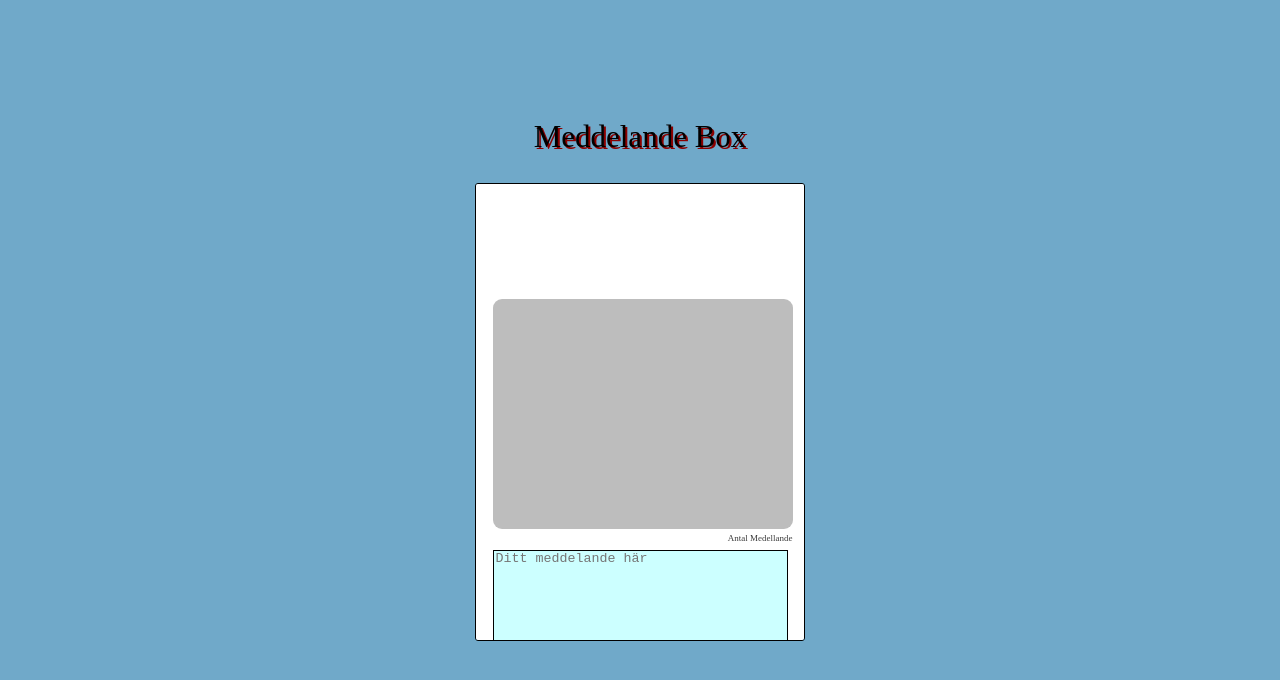
Repository: ls222vy/ls222vy-1dv403-laborationer
Page: 2-labbymezzage/index.html
The author's editor kept a record of every edit. The page is drawn from the files as they stood at one moment, then again after the next edit.
The browser window is 1280 px wide. The pictures show the whole page.

Above is the page before.
Console error: SyntaxError: Unexpected token ';'

### 2-labbymezzage/index.html

<!doctype html>

<html lang="sv">

  <head>

         <title>Labby</title>
         <meta charset="UTF-8" />
         <link href='//fonts.googleapis.com/css?family=Gloria+Hallelujah' rel='stylesheet'>
         <link rel="stylesheet" href="css/style.css">
         <script src="js/Message.js"></script>
         <script src="js/MessageMotor.js"></script>
         <script src="js/messageMotor_run.js"></script>

  </head>

<body>

    <h1>Meddelande Box</h1>
<div id="content">

    <div id="messagearea">

      <div id="myMessages"></div>

            <div id="count">Antal Medellande</div>

                  <div id="messageWindow">

            <textarea id="textInput"rows="2" cols="32" placeholder="Ditt meddelande här"></textarea>
            <button id="submitInput">Skicka</button>
        </div>



    </div>

</body>

</html>

### 2-labbymezzage/css/style.css
/*@import url(http://fonts.googleapis.com/css?family=Gloria+Hallelujah);*/

/* http://meyerweb.com/eric/tools/css/reset/
   v2.0 | 20110126
   License: none (public domain)
*/

html, body, div, span, applet, object, iframe,
h1, h2, h3, h4, h5, h6, p, blockquote, pre,
a, abbr, acronym, address, big, cite, code,
del, dfn, em, img, ins, kbd, q, s, samp,
small, strike, strong, sub, sup, tt, var,
b, u, i, center,
dl, dt, dd, ol, ul, li,
fieldset, form, label, legend,
table, caption, tbody, tfoot, thead, tr, th, td,
article, aside, canvas, details, embed,
figure, figcaption, footer, header, hgroup,
menu, nav, output, ruby, section, summary,
time, mark, audio, video {
	margin: 0;
	padding: 0;
	border: 0;
	font-size: 100%;
	font: inherit;
	vertical-align: baseline;
}
/* HTML5 display-role reset for older browsers */
article, aside, details, figcaption, figure,
footer, header, hgroup, menu, nav, section {
	display: block;
}
body {
	line-height: 1;
	background-color: #70A9C9;
}

/*#container {
    width :100%;
    max-width:600px;
    display:block;
    margin:0 auto;
}*/

#content {
    border:1px solid #000000;
    background:#ffffff;
    margin-left: auto;
    margin-right: auto;
    width: 328px;
    height:456px;
    overflow: auto;
    padding: 1 0 0  3px;
    -moz-border-radious:3px;
    -webkit-border-radius:3px;
}

h1{
   /* color:#0095b6;*/
    margin-top:90px;
    text-align:center;
    padding:1em;
    font-size:31px;
    text-shadow: 2px 2px #8b0000;
}
#messagearea {
    margin-top:115px;
    margin-left:auto;
    margin-right: auto;
    width:300px;
    overflow:auto;
    padding: 0 0 0 5px;

}

#textInput{
    background:#CCFFFF;
    border:1px solid #000000;
    width: 97%;
    height:100px;
    margin-left : auto;
    margin-right:auto;
    padding: 0 0 0 2px;
}

#count{
    text-align:right;
    color:#3c3c3c;
    font-family: cabin-regular;
    font-size:9px;
    font-weight:normal;
    margin-bottom: 7px;
    margin-top: 5px;
}
#messageWindow {
    display:block;
    width: 100%;
}

#submitInput {
    border:1px solid #000000;
    padding: 1px;
    margin-bottom: 2px;
    text-decoration:none;
    -webkit-border-radius:2px;
    -webkit-box-shadow:0 1 px 0 white;
    background:#ffffff;
    float:right;
}
#myMessages {
    height: 230px;
    overflow: auto;
    border-radius: 9px;
    background-color:#BDBDBD;
   /*-webkit-box-sizing: border-box;
    -moz-box-sizing: border-box; */
    margin-top: auto;
 /* border: 2px solid rgba(0,0,0,0);*/
}
.myMessage{
    float:left;
    color: #3c3c3c;
     font-weight:200;
    font-size: 15px;
    -webkit-border-radius: 5px;
    line-height:20px;
    background-color : #97e5ed;
    margin-top: 5px;
    margin-left:8px;
    margin-bottom:10px;
    width: 95%;
    -webkit-box-sizing: border-box;
      -moz-box-sizing: border-box;

}

p {
    display:block;
    padding:7px;
    float:left;
    margin: 1;
    word-wrap: break-word;
    -webkit-border-radius: solid 5px;
}

.messageRemove{
   display:block;
   width:20px;
   height:20px;
   float:right;
   background-image: url("pics/1.png");

}

footer{
    clear:both;
    display:block;
    float:right;
    color:#819FF7;
    font-size: 16px;
    text-align:right;
     margin: 1;
}

.messageTime {
    display:block;
    width:20px;
    height:20px;
    float:right;
}








































/* #content {
    border:1px solid #000000;
    background:#ffffff;
    margin-left: auto;
    margin-right: auto;
    width: 320px;
    height:180px;
    overflow: auto;
    -moz-border-radious:3px;
    -webkit-border-radius:3px;
}
h1{
    color:#0095b6;
    margin-top:90px;
    text-align:center;
    padding:1em;
    font-size:31px;
}
#messagearea {
    margin-top:115px;
    margin-left:auto;
    margin-right: auto;
    width:300px;
    overflow:auto;
    padding: 0 0 0 3px;

}



textarea{
    /*background:#CCFFFF;*/
 /*   border:1px solid #000000;
    width: 98%;
    height:100px;

}/*
button {
    border:1px solid #000000;
    padding: 1px;
    text-decoration:none;
    -webkit-border-radius:4px;
    -webkit-box-shadow:0 1 px 0 white;
    background:#7df9ff;
    float:right;
}

.right {
     border:1px solid #000000;
}/*































































/*/ <body>


            <div id="newText"></div>

            <div id="textInput">
                <div id="count"></div>
                <form action="post" name="form">
                    <textarea id="textarea" name="textarea"></textarea>
                    <input id="submit" class="right" class="button" type="button" value="Submit">
                </form>

            </div>*/

/* ody{
    background-color:grey;
}
#newText{
    border: 1px solid #000;
    background-color:yellow;
}
#textInput{
    border: 1px solid #000;
}
#count{
    border: 1px solid #000;
}
.pText{
    color:red;
}
.pTime{
    text-align: right;
}

### 2-labbymezzage/js/Message.js
"use strict";

//Konstruktorn
function Message(message, date) {

    this.getText = function() {
        return message;
    };

    this.setText = function(_text) {
        message = _text;
    };

    this.getDate = function() {
        return date;
    };

    this.setDate = function(_date) {
        date = _date;
    };
}
//Prototype objekt

Message.prototype.toString = function() {
    return this.getText() + " (" + this.getDate() + ")";
};

Message.prototype.getHTMLText = function() {
    return this.getText().replace(/\n/g, "<br>");

};

Message.prototype.getDateText = function() {

var monthNames = [ "Januari", "Februari", "Mars", "April", "Maj", "Juni",
    "Juli", "Augusti", "September", "Oktober", "November", "December" ];

    return "Inlägg som skapdes skapades den " + this.getDate().getDate() + " " + monthNames[this.getDate().getMonth()] + " " + this.getDate().getFullYear() + " klockan " + this.getDate()
    .getHours() + ":" + this.getDate().getMinutes() + ":" + this.getDate().getSeconds();
};































  // return this.getText().replace(/\n/g, "<br>")

### 2-labbymezzage/js/MessageMotor.js
"use strict";
/*global Message*/


var MessageMotor = {

 messages: [],


   init: function(){
       // Hämtar html document
       var button = document.getElementById("submitInput");
       var texta = document.getElementById("textInput");

       //Skapa händelse och validerar om(nummer 13 är enterkey)

       texta.addEventListener ("keypress", function(e){

           if(!e){ e = window.event;
           }

           if (e.shiftKey){

           }

           else if(e.keyCode == 13) {
               event.preventDefault();// Hindra formularet från att skicka till servern.
              newMessage();
           }
       });

       button.onclick = newMessage;

       // Skapa meddelande

       function newMessage(){
           MessageMotor.messages.push(new Message (texta.value, new Date())); //push metoden lägger till  en ny post

           MessageMotor.renderMessages();
           texta.value ="";
       }

    },

        renderMessages: function(){
      // Antal Meddelande eller countingMessages

       var count = document.getElementById("count");
       count.innerHTML ="Antal meddelande: " + MessageMotor.messages.length;

       //Raderar alla befintliga meddelanden på sidan och skriv ut samtliga meddelande i arrayen

       document.getElementById("myMessages").innerHTML = "";

       for (var i = 0; i < MessageMotor.messages.length; i+=1){

           MessageMotor.renderMessage(i);
       }
    },

       renderMessage: function (messageID) {

       //Hämtar specifikt meddelande (messageID)(Message text) och lägg i en "p" tagg

      var text = document.createElement("p"),
       //Div som ska hämta
      myMessages = document.getElementById("myMessages"),




    // Skapa en div där ett meddelande ska samlas och utskrift

     aMessage = document.createElement("div");
     aMessage.classname = "myMessage";
     text.innerHTML = MessageMotor.messages[messageID].getHTMLText();
     myMessages.appendChild(aMessage);
     aMessage.appendChild(text);


       //Sätter tiden meddelandet

      var messageTime = document.createElement("footer");
      messageTime.innerHTML= MessageMotor.messages[messageID].getText();
      aMessage.appendChild(messageTime);

     //console.log( MessageMotor.messages[messageID]);
      //messageTime.innerHTML = MessageMotor.messages[messageID].getText().toLocaleTimeString();

       //Knapp för raderar meddelande
      var messageRemove = document.createElement("a");
       messageRemove.className= "messageRemove";
       messageRemove.href= "#";

       messageRemove.onclick = function(){
        if(confirm("Är du säker på att du vill ta bort meddelande?")){
         MessageMotor.removeMessage(messageID);
         aMessage.appendChild(messageRemove);


         }

        }

       };
       //Lägger till knapp för tiden
        var messageDateTime = document.createElement("a");
        messageDateTime.className = "messageTime";
        messageDateTime.href = "#";

        messageDateTime.onclik = function (){
         console.log(MessageMotor.messages[messageID].getDateText().toLocaleTimeString());
         aMessage.appendChild(messageDateTime);
        };

       }


};

### 2-labbymezzage/js/messageMotor_run.js
window.onload = function() {
    "use strict";
    /*global Message, MessageMotor*/

    var mess = new Message ("min text", new Date());
     console.log(mess.getText());
    mess.setText();

    MessageMotor.init();

};

After the next edit:
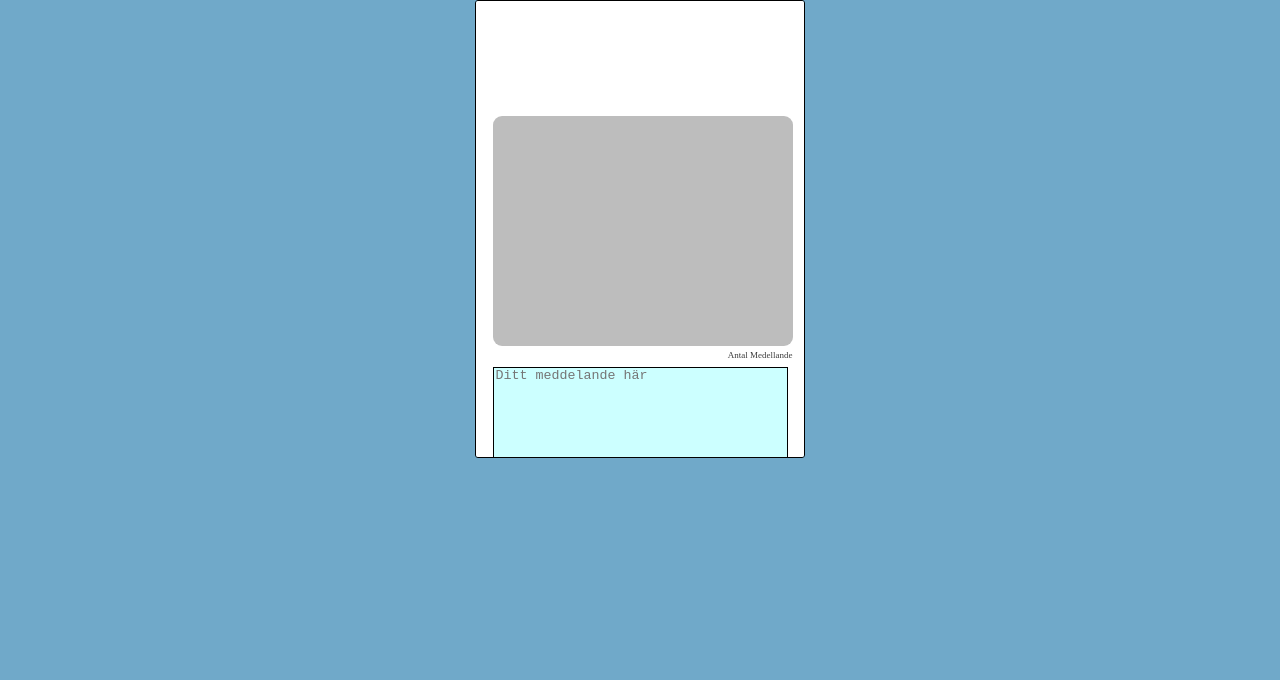
The edit:
--- a/2-labbymezzage/index.html
+++ b/2-labbymezzage/index.html
@@ -17,7 +17,7 @@
 
 <body>
 
-    <h1>Meddelande Box</h1>
+
 <div id="content">
 
     <div id="messagearea">

After the 2 edits that followed:
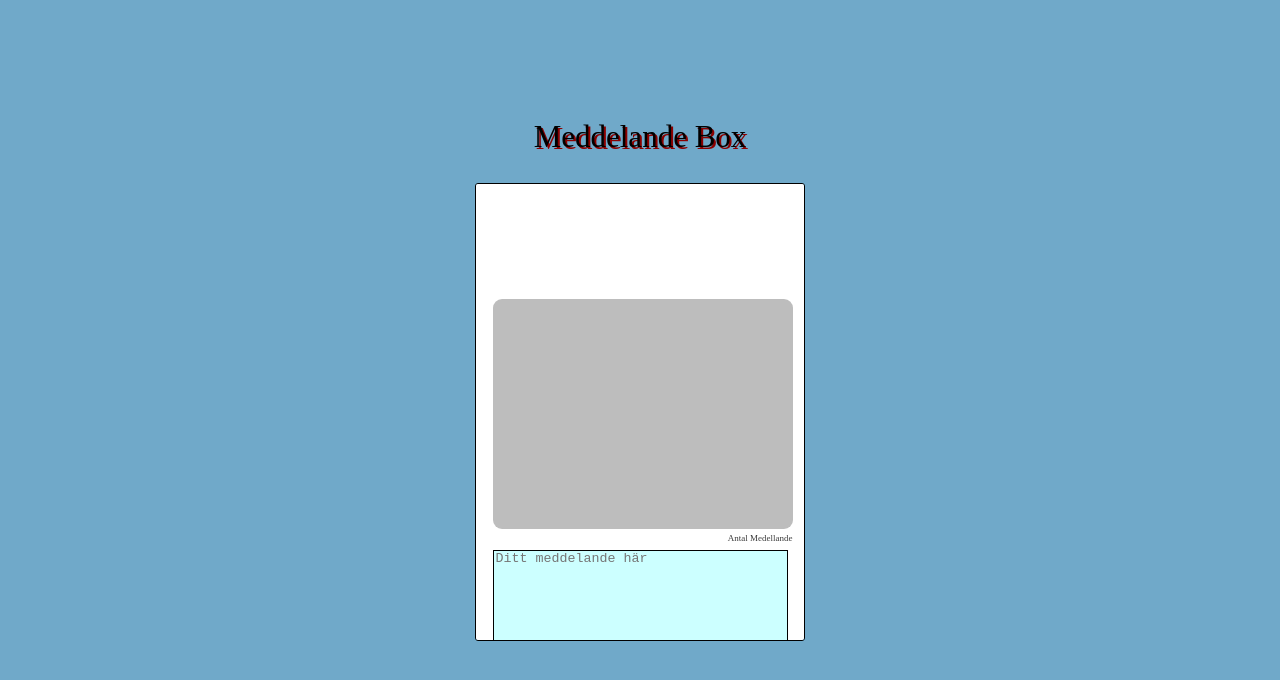
The 2 edits are shown as one change because 1 left the picture as it was.
The edit:
--- a/2-labbymezzage/index.html
+++ b/2-labbymezzage/index.html
@@ -16,12 +16,14 @@
   </head>
 
 <body>
-
+<h1>Meddelande Box</h1>
 
 <div id="content">
 
     <div id="messagearea">
+       <div id="headerside">
 
+       </div>
       <div id="myMessages"></div>
 
             <div id="count">Antal Medellande</div>
